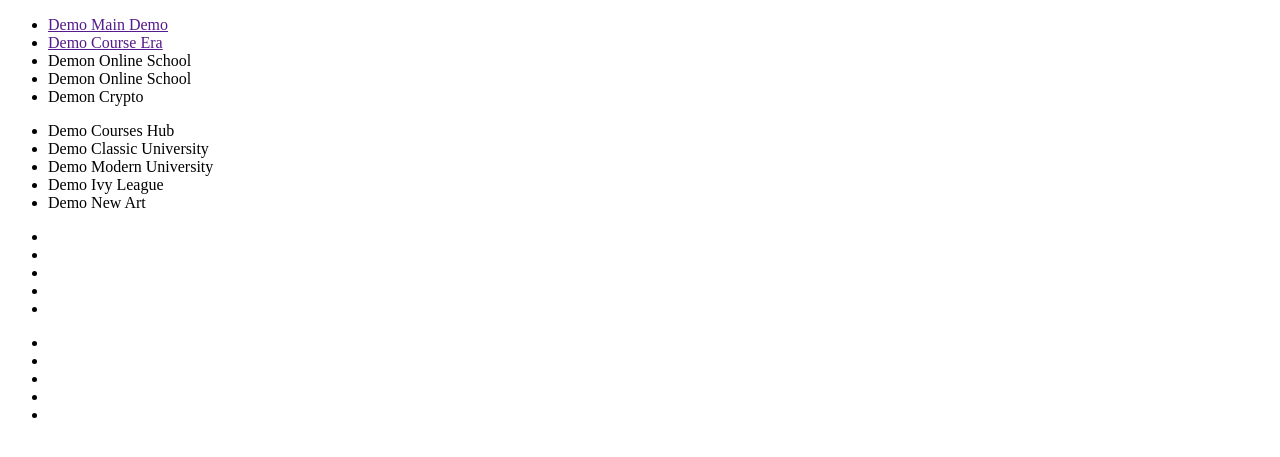
Repository: ibrkhalil/EduWebsite
Page: test.html
An editor plug-in stored every save of this project. The page is shown before and after a run of saves, followed by the edit.
The browser window is 1280 px wide. The pictures show the whole page.

Above is the page before, as saved 2020-11-18 15:03:10.

### test.html
<!DOCTYPE html>
<html lang="en">
<head>
    <meta charset="UTF-8">
    <meta name="viewport" content="width=device-width, initial-scale=1.0">
    <title>Document</title>
</head>
<body>
    <ul>
        <li><a href="">Demo Main Demo</a></li>
        <li><a href="">Demo Course Era</a></li>
        <li>Demon Online School</li>
        <li>Demon Online School</li>
        <li>Demon Crypto</li>
    </ul>
    <ul>
        <li>Demo Courses Hub</li>
        <li>Demo Classic University</li>
        <li>Demo Modern University</li>
        <li>Demo Ivy League</li>
        <li>Demo New Art</li>
    </ul>
    <ul>
        <li></li>
        <li></li>
        <li></li>
        <li></li>
        <li></li>
    </ul>
    <ul>
        <li></li>
        <li></li>
        <li></li>
        <li></li>
        <li></li>
    </ul>
</body>
</html>

After the next 4 saves:
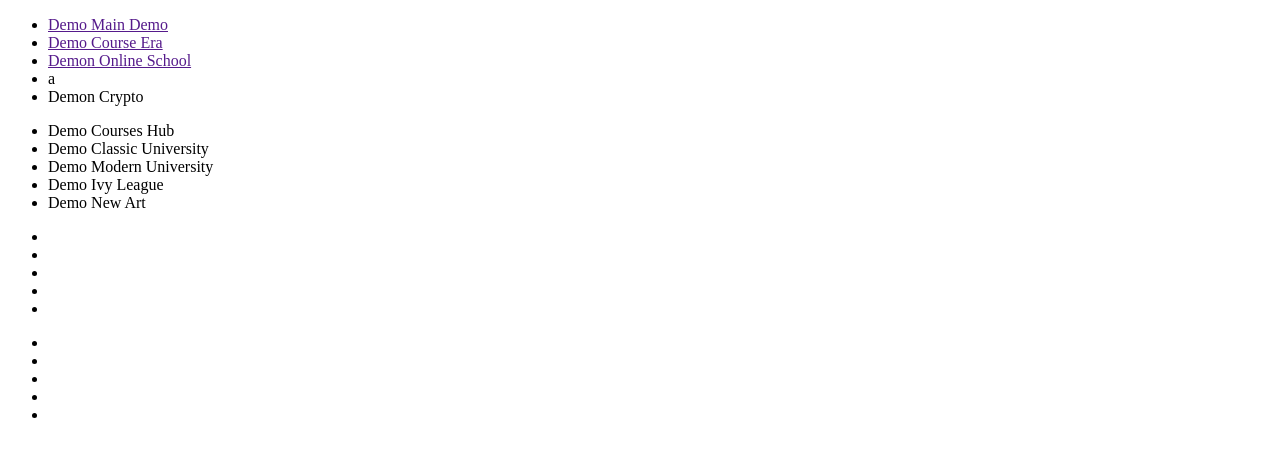
The 4 saves are shown as one change because they came seconds apart.
The last was saved 11 s later.
--- a/test.html
+++ b/test.html
@@ -9,8 +9,8 @@
     <ul>
         <li><a href="">Demo Main Demo</a></li>
         <li><a href="">Demo Course Era</a></li>
-        <li>Demon Online School</li>
-        <li>Demon Online School</li>
+        <li><a href="">Demon Online School</a></li>
+        <li>a</li>
         <li>Demon Crypto</li>
     </ul>
     <ul>
